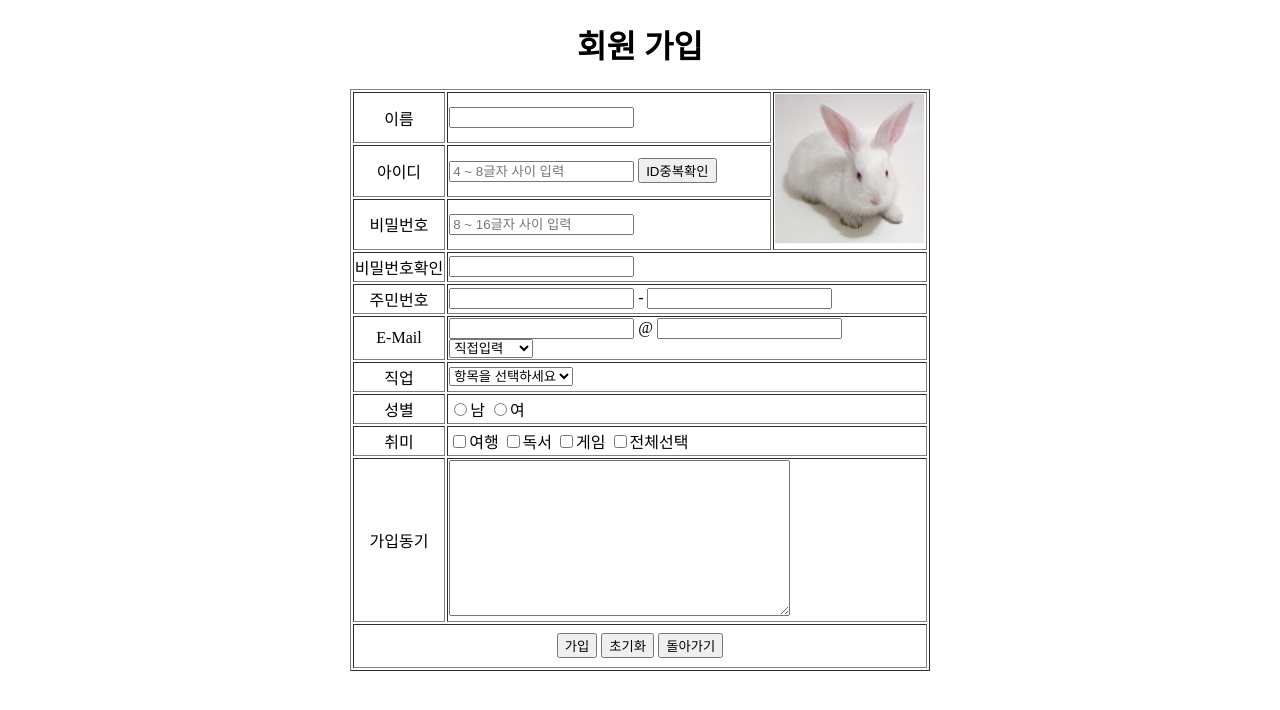
Repository: KimMinseooo/itwillStudy
Page: BACKEND/JSP/workspace_jsp/StudyHTML/src/main/webapp/1025/final_exam.html
An editor plug-in stored every save of this project. The page is shown before and after the next save, followed by the edit.
The browser window is 1280 px wide. The pictures show the whole page.

Above is the page before, as saved 2024-10-25 05:56:31.

### BACKEND/JSP/workspace_jsp/StudyHTML/src/main/webapp/1025/final_exam.html
<!DOCTYPE html>
<html>
<head>
<meta charset="UTF-8">
<title>Insert title here</title>
</head>
<body>
	<h1 align="center">회원 가입</h1>

		<table border="1" align="center">
			<form>

			<tr height="30">
				<td align="center">이름</td>
				<td width="320">

				<input type="text">
				</td>
				<td rowspan="3" width="150" height="150">
				<img alt="" src="../rabbit.png" width="150" height="150">
				</td>
			</tr>
			<tr height="30">
			<td align="center">아이디</td>
			<td>
				<input placeholder="4 ~ 8글자 사이 입력">
				<input type="button" value="ID중복확인">
			</td>
			</tr>
			<tr height="30">
			<td align="center">비밀번호</td>
			<td>
				<input placeholder="8 ~ 16글자 사이 입력">
			</td>
			</tr>
			<tr height="30">
			<td align="center">비밀번호확인</td>
			<td colspan="2">
				<input type="text">
			</td>
			</tr>
			<tr height="30">
			<td align="center">주민번호</td>
			<td colspan="2">
				<input type="text"> - <input type="text">
			</td>
			</tr>
			<tr height="30">
			<td align="center">E-Mail</td>
			<td colspan="2">
				<input type="text"> @ <input type="text">
				<select>
					<option>직접입력</option>
					<option>naver.com</option>
					<option>gmail.com</option>
					<option>nate.com</option>
				</select>
			</td>
			</tr>

			<tr height="30">
			<td align="center">직업</td>
			<td colspan="2">
				<select>
					<option>항목을 선택하세요</option>
					<option>개발자</option>
					<option>DB엔지니어</option>
				</select>
			</td>
			</tr>
			<tr height="30">
			<td align="center">성별</td>
			<td colspan="2">
				<input type="radio" name="gender" id= "male"><label for="male">남</label>
				<input type="radio" name="gender" id= "female"><label for="female">여</label>
			</td>
			</tr>

			<tr height="30">
			<td align="center">취미</td>
			<td colspan="2">
				<input type="checkbox" name="hobby" id="hobby1"><label for="hobby1">여행</label>
				<input type="checkbox" name="hobby" id="hobby1"><label for="hobby2">독서</label>
				<input type="checkbox" name="hobby" id="hobby1"><label for="hobby3">게임</label>
				<input type="checkbox" name="hobby"><label>전체선택</label>

			</td>
			</tr>
			<tr height="30">
			<td align="center">가입동기</td>
			<td colspan="2">
				<textarea rows="10" cols="40" ></textarea>
			</td>
			</tr>
			<tr height="30">
			<td colspan="3" width="200" height="40" align="center">
				<input type="button" value="가입">
				<input type="reset" value="초기화">
				<input type="button" value="돌아가기">
			</td>
			</tr>
			</form>
		</table>

</body>
</html>

After the next save:
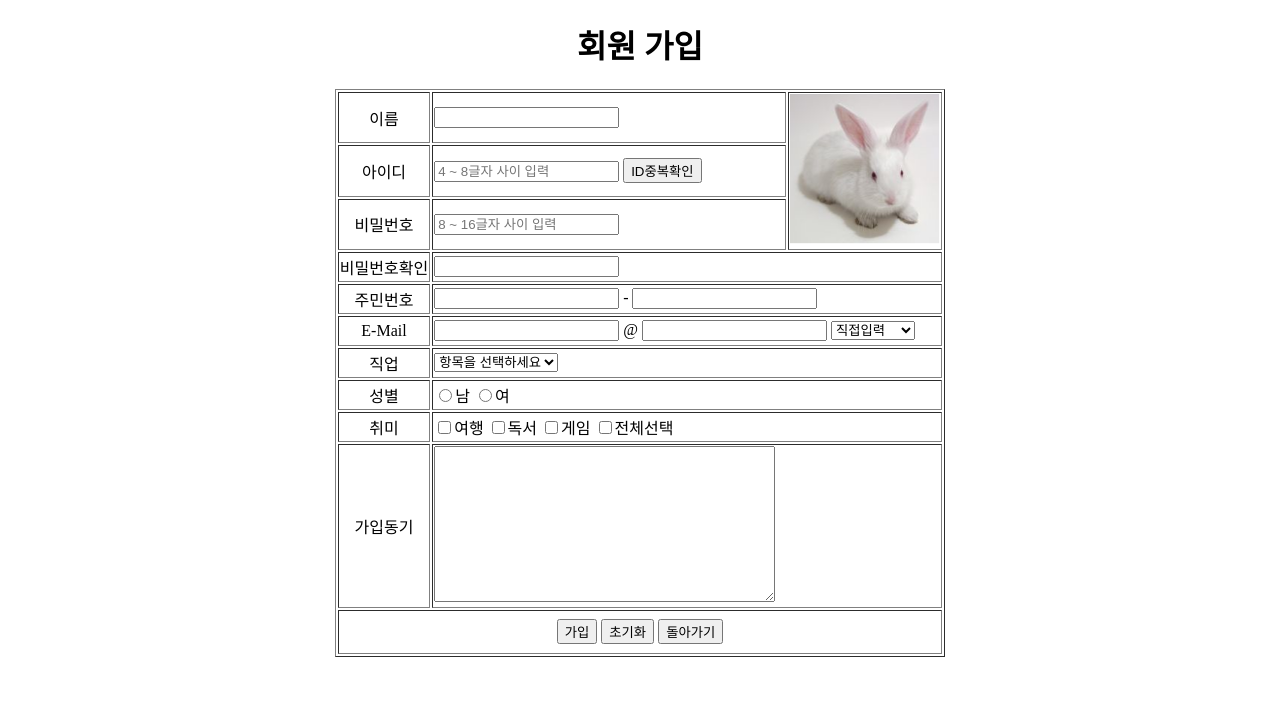
Saved 8 s later.
--- a/BACKEND/JSP/workspace_jsp/StudyHTML/src/main/webapp/1025/final_exam.html
+++ b/BACKEND/JSP/workspace_jsp/StudyHTML/src/main/webapp/1025/final_exam.html
@@ -12,7 +12,7 @@
 
 			<tr height="30">
 				<td align="center">이름</td>
-				<td width="320">
+				<td width="350">
 
 				<input type="text">
 				</td>
